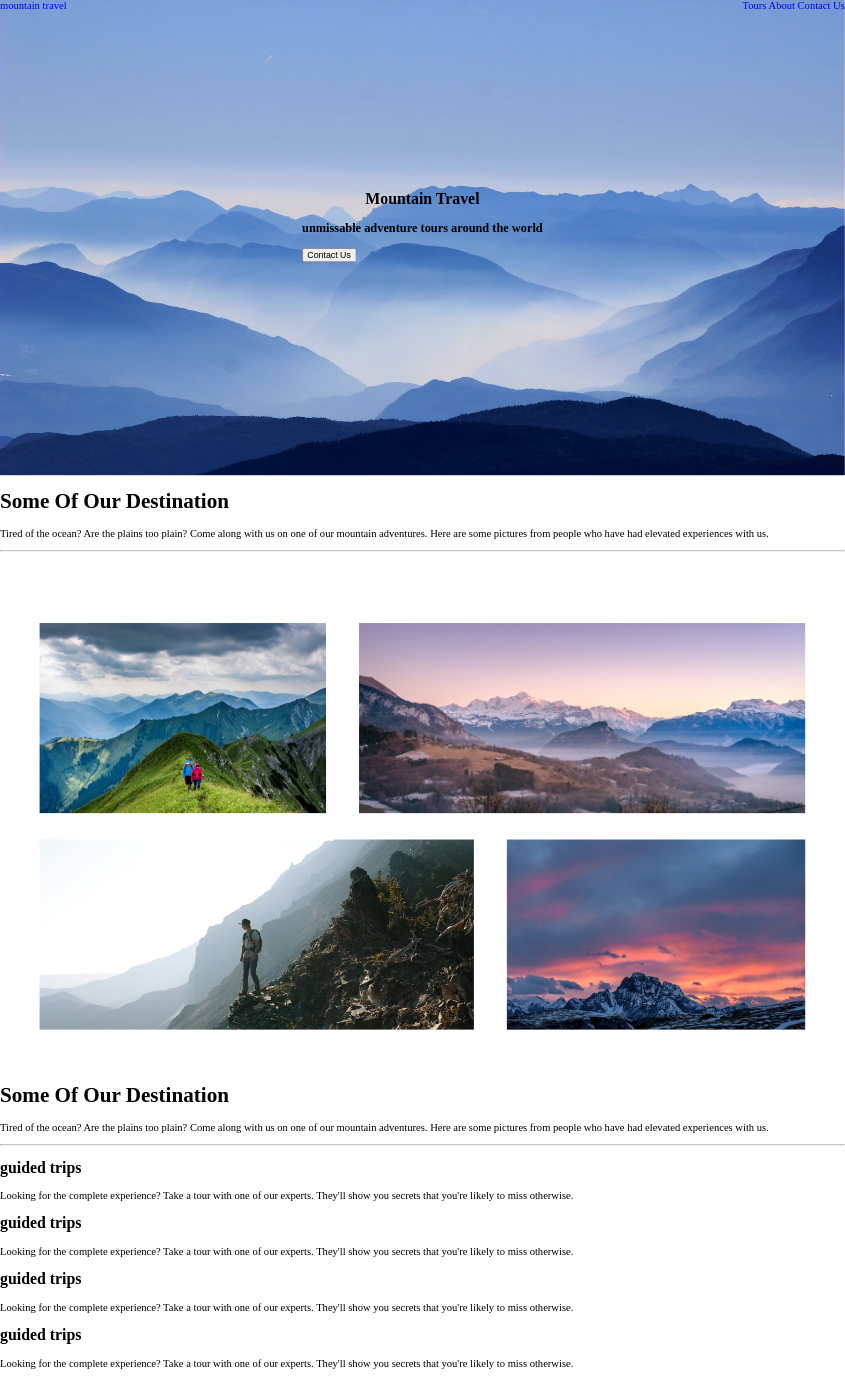
Repository: Einsteiniumeinsteinian/Advanced-CSS
Page: css-project-starter-code/index.html
The author's editor kept a copy of each file at every save. The page is drawn from the files as they stood at one save, then again after the next save.
The browser window is 1280 px wide. The pictures show the whole page, at 66% of full size.

Above is the page before, as saved 2021-08-15 19:09:27.

### css-project-starter-code/index.html
<!DOCTYPE html>
<html>

<head>
  <meta charset="utf-8">
  <meta name="viewport" content="width=device-width, initial-scale=1">
  <title>Mountain Travel</title>
  <link href="https://fonts.googleapis.com/css?family=Open+Sans" rel="stylesheet">
  <link href="https://fonts.googleapis.com/css?family=Quicksand" rel="stylesheet">
  <link rel="stylesheet" href="assets/css/styles.css">
</head>

<body>
  <!-- Forked from a template on Tutorialzine: https://tutorialzine.com/2016/06/freebie-landing-page-template-with-flexbox -->
  <header>
    <nav>
      <a href="#"> mountain travel</a>
      <span class="nav-span">
        <a href="#"> Tours</a>
        <a href="#"> About</a>
        <a href="#"> Contact Us</a>
      </span>
    </nav>
    <div class="top-container">
      <div class="header-text-wrapping">
        <h2>Mountain Travel</h2>
        <h3>unmissable adventure tours around the world</h3>
        <button>Contact Us</button>
      </div>

    </div>
  </header>
  <div>
    <h1>
      Some Of Our Destination
    </h1>
    <p>
      Tired of the ocean? Are the plains too plain? Come along with us on one of our mountain adventures. Here are some
      pictures from people who have had elevated experiences with us.
    </p>
    <hr>
  </div>

  <section class="photo-section">
    <div class="photo-set-div">
      <img class="img" src="assets/img/mountain1.jpg" alt="">
      <img class="img img-2" src="assets/img/mountain2.jpg" alt="">
    </div>
    <div class="photo-set-div">
      <img class="img img-3" src="assets/img/mountain3.jpg" alt="">
      <img class="img" src="assets/img/mountain4.jpg" alt="">
    </div>
  </section>

  <div>
    <h1>
      Some Of Our Destination
    </h1>
    <p>
      Tired of the ocean? Are the plains too plain? Come along with us on one of our mountain adventures. Here are some
      pictures from people who have had elevated experiences with us.
    </p>
    <hr>
  </div>
  <section class="package-section">
    <div class="package-set">
      <div class="package">
        <h1>
          guided trips
        </h1>
        <p>Looking for the complete experience? Take a tour with one of our experts. They'll show you secrets that you're likely to
        miss otherwise.</p>
      </div>
        <div class="package">
          <h1>
            guided trips
          </h1>
          <p>Looking for the complete experience? Take a tour with one of our experts. They'll show you secrets that you're
            likely to
            miss otherwise.</p>
        </div>
    </div>
      <div class="package-set">
        <div class="package">
          <h1>
            guided trips
          </h1>
          <p>Looking for the complete experience? Take a tour with one of our experts. They'll show you secrets that you're
            likely to
            miss otherwise.</p>
        </div>
          <div class="package">
            <h1>
              guided trips
            </h1>
            <p>Looking for the complete experience? Take a tour with one of our experts. They'll show you secrets that you're
              likely to
              miss otherwise.</p>
          </div>
      </div>
  </section>
</body>

</html>

### css-project-starter-code/assets/css/styles.css
body{
    margin: 0;
    /* font-family: ; */
}
header{
  /* display: flex; */
  background-image: url('../img/main.jpg');
  background-repeat: no-repeat;
background-size: cover;
    min-height: 100vh;
}
nav{
    display: flex;
    justify-content: space-between;
    min-height: 30vh;
}
.top-container{
    margin-top: 10vh;
    display: flex;
    flex-direction: column;
    justify-content: center;
    align-items: center;
}
h2{
    margin-top: 0;
   text-align: center;
}
a{
    text-decoration: none;
}

/** Photo Section */
.photo-section{
    padding: 60px;
    display: flex;
    flex-direction: column;
}
.photo-set-div{
    margin-top: 40px;
    flex-grow: 1;
    display: flex;
    height: 40vh;
    flex-basis: 100px;
}

.img{
    min-width: 0;
flex-basis: 400px;
flex-grow: 1;
  object-fit: cover;
}
.img-2{
    margin-left: 50px;
    flex-grow: 8;
}
.img-3{
    margin-right: 50px;
    flex-grow: 5;
}

/** Packages */
.package-setion{
    background-color: aqua;
}

After the next save:
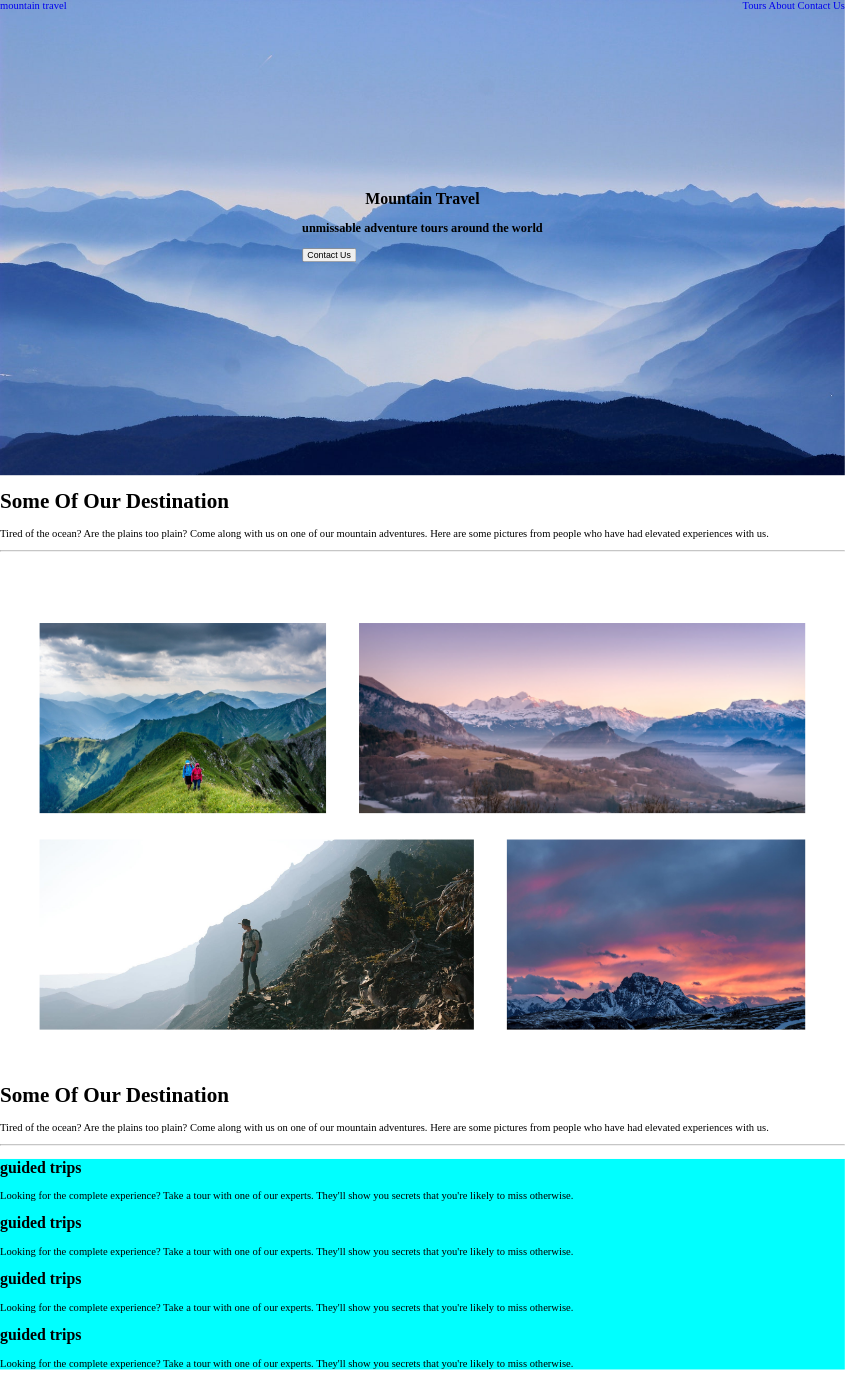
Saved 16 s later.
--- a/css-project-starter-code/assets/css/styles.css
+++ b/css-project-starter-code/assets/css/styles.css
@@ -59,6 +59,6 @@
 }
 
 /** Packages */
-.package-setion{
+.package-section{
     background-color: aqua;
 }

After the save that followed:
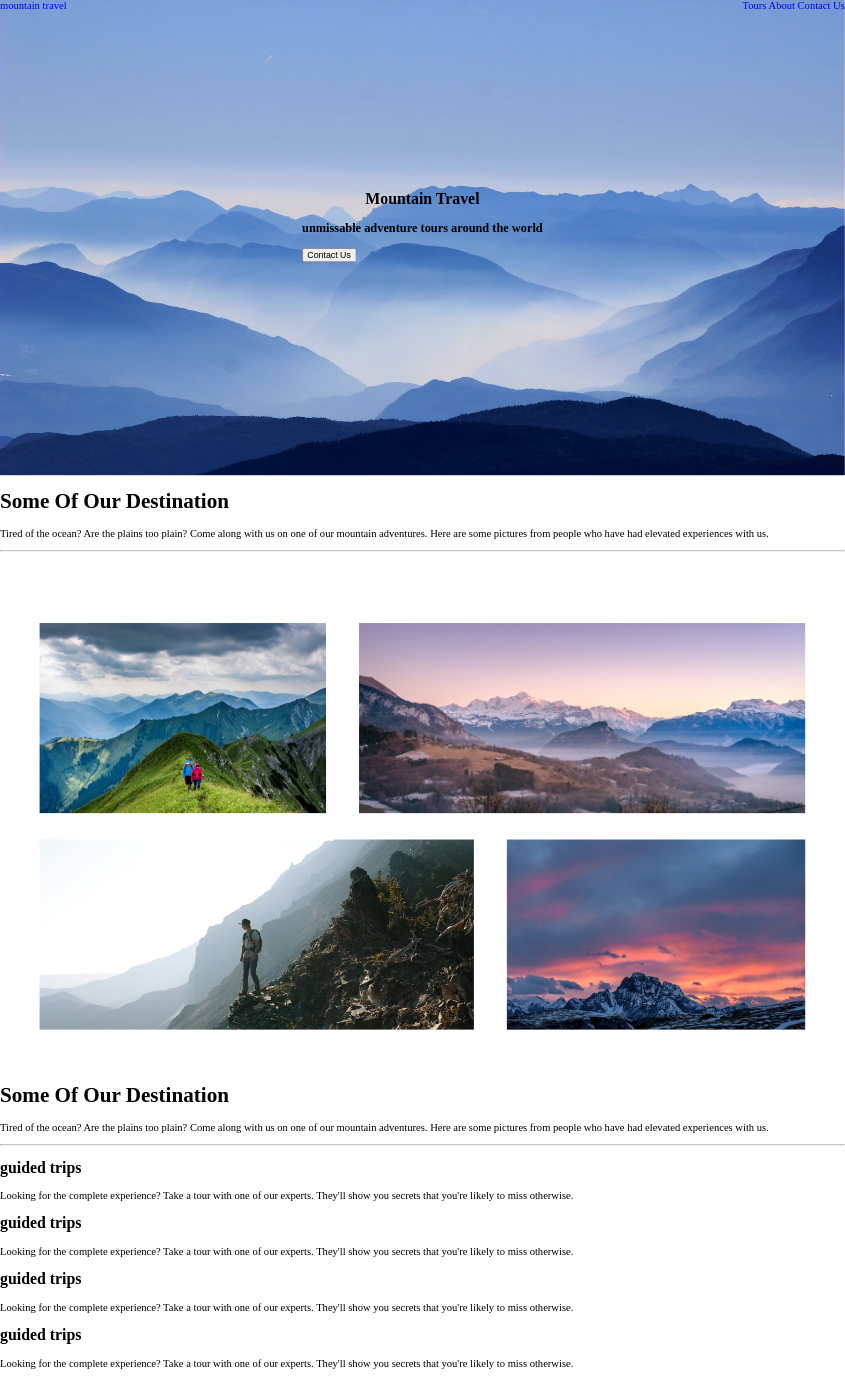
Saved 48 s later.
--- a/css-project-starter-code/assets/css/styles.css
+++ b/css-project-starter-code/assets/css/styles.css
@@ -60,5 +60,5 @@
 
 /** Packages */
 .package-section{
-    background-color: aqua;
+
 }
